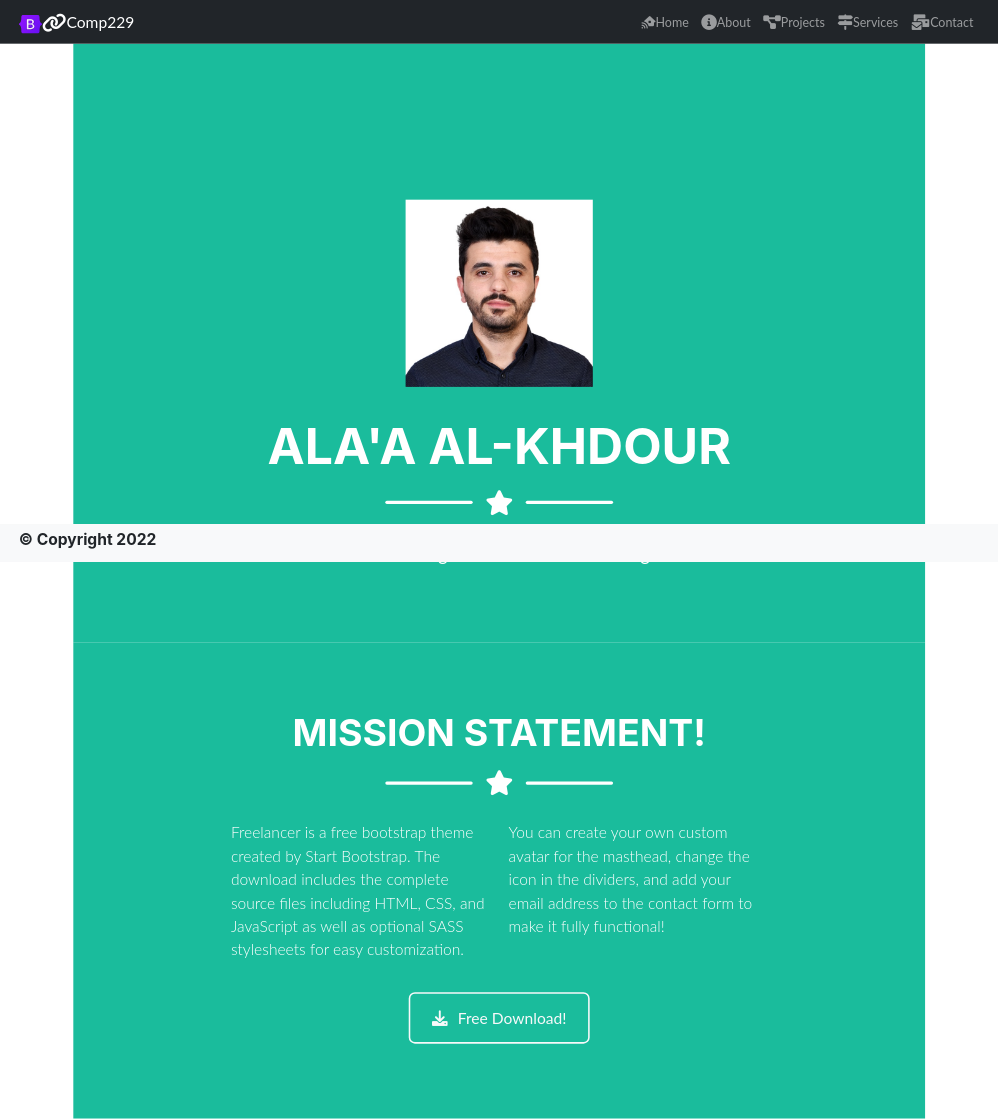
Repository: alaakhdour/heroukulivesite-section1
Page: http://localhost/
The author's editor kept a copy of each file at every save. The page is drawn from the files as they stood at one save, then again after the next save.
The browser window is 1280 px wide. The pictures show the whole page, at 78% of full size.
The page is served by the project's Node server (server.js). Other server files are loaded and not shown.

Above is the page before, as saved 2022-06-17 08:10:18.

### Server/Views/index.ejs

<!DOCTYPE html>
<html lang="en">
<head>
    <meta charset="UTF-8">
    <meta http-equiv="X-UA-Compatible" content="IE=edge">
    <meta name="viewport" content="width=device-width, initial-scale=1.0">
    <title><%= title %></title>
    <!-- CSS Section -->
    <link rel="stylesheet" href="./bootstrap/dist/css/bootstrap.min.css">
    <link rel="stylesheet" href="./@fortawsome/fontawesome-free/css/all.min.css">
    <link rel="stylesheet" href="./Content/app.css">
    <link rel="stylesheet" href="./Content/styles.css">
</head>
<body>
    <!-- Main Navigation Section -->
    <header>
        <%- include('./components/header.ejs'); %>
    </header>

    <!-- Content Section-->
    <main>
        <%- include('content/' + page + '.ejs'); %>

    </main>

    <!-- Site-wide footer-->
    <footer>
        <%- include('components/footer.ejs'); %>
    </footer>

    <!-- JavaScript Section -->
    <script src="./jquery/dist/jquery.min.js"></script>
    <script src="./bootstrap/dist/js/bootstrap.min.js"></script>
    <script src="./@fortawesome/fontawesome-free/js/all.min.js"></script>
    <script src="./Scripts/app.js"></script>
</body>
</html>

### Server/Views/components/header.ejs
<nav class="navbar navbar-expand-lg navbar-dark bg-dark">
    <div class="container-fluid">
      <a class="navbar-brand" href="/"> <img src="./Assets/images/bootstrap-logo.svg" alt="" width="30" height="24"><i class="fa-solid fa-link fa-lg"></i>Comp229</a>
      <button class="navbar-toggler" type="button" data-bs-toggle="collapse" data-bs-target="#navbarSupportedContent" aria-controls="navbarSupportedContent" aria-expanded="false" aria-label="Toggle navigation">
        <span class="navbar-toggler-icon"></span>
      </button>
      <div class="collapse navbar-collapse" id="navbarSupportedContent">
        <ul class="navbar-nav ms-auto mb-2 mb-lg-0">
          <li class="nav-item">
            <a class="nav-link" aria-current="page" href="/home"><i class="fa-solid fa-house-signal"></i>Home</a>
          </li>

          <li class="nav-item">
            <a class="nav-link" aria-current="page" href="/about"><i class="fa-solid fa-circle-info fa-lg"></i>About</a>
          </li>

          <li class="nav-item">
            <a class="nav-link" aria-current="page" href="/projects"><i class="fa-solid fa-diagram-project fa-lg"></i>Projects</a>
          </li>

          <li class="nav-item">
            <a class="nav-link" aria-current="page" href="/services"><i class="fa-solid fa-signs-post fa-lg"></i>Services</a>
          </li>

          <li class="nav-item">
            <a class="nav-link" aria-current="page" href="/contact"><i class="fa-solid fa-envelopes-bulk fa-lg"></i>Contact </a>
          </li>


        </ul>
      </div>
    </div>
  </nav>

### Server/Views/content/home.ejs
<div class="container">
    <header class="masthead bg-primary text-white text-center">
        <div class="container d-flex align-items-center flex-column">
            <!-- Masthead Avatar Image-->
            <img class="masthead-avatar mb-5" src="./Assets/images/Alaa.jpg" alt="..." />
            <!-- Masthead Heading-->
            <h1 class="masthead-heading text-uppercase mb-0">Ala'a Al-khdour</h1>
            <!-- Icon Divider-->
            <div class="divider-custom divider-light">
                <div class="divider-custom-line"></div>
                <div class="divider-custom-icon"><i class="fas fa-star"></i></div>
                <div class="divider-custom-line"></div>
            </div>
            <!-- Masthead Subheading-->
            <p class="masthead-subheading font-weight-light mb-0">Software Engineer - Centennial  College</p>
        </div>
    </header>



    <section class="page-section bg-primary text-white mb-0" id="about">
        <div class="container">
            <!-- About Section Heading-->
            <h2 class="page-section-heading text-center text-uppercase text-white">Mission Statement!</h2>
            <!-- Icon Divider-->
            <div class="divider-custom divider-light">
                <div class="divider-custom-line"></div>
                <div class="divider-custom-icon"><i class="fas fa-star"></i></div>
                <div class="divider-custom-line"></div>
            </div>
            <!-- About Section Content-->
            <div class="row">
                <div class="col-lg-4 ms-auto"><p class="lead">Freelancer is a free bootstrap theme created by Start Bootstrap. The download includes the complete source files including HTML, CSS, and JavaScript as well as optional SASS stylesheets for easy customization.</p></div>
                <div class="col-lg-4 me-auto"><p class="lead">You can create your own custom avatar for the masthead, change the icon in the dividers, and add your email address to the contact form to make it fully functional!</p></div>
            </div>
            <!-- About Section Button-->
            <div class="text-center mt-4">
                <a class="btn btn-xl btn-outline-light" href="https://startbootstrap.com/theme/freelancer/">
                    <i class="fas fa-download me-2"></i>
                    Free Download!
                </a>
            </div>
        </div>
    </section>
</div>

### Server/Views/components/footer.ejs
<nav class="navbar fixed-bottom bg-light">
    <div class="container-fluid">
      <h5 id="copyright">&copy; Copyright 2022</h5>
    </div>
  </nav>

### server.js
"use strict";
var __importDefault = (this && this.__importDefault) || function (mod) {
    return (mod && mod.__esModule) ? mod : { "default": mod };
};
Object.defineProperty(exports, "__esModule", { value: true });
const app_1 = __importDefault(require("./Server/Config/app"));
const debug_1 = __importDefault(require("debug"));
(0, debug_1.default)('week4:server');
const http_1 = __importDefault(require("http"));
const port = normalizePort(process.env.PORT || '3000');
app_1.default.set('port', port);
const server = http_1.default.createServer(app_1.default);
server.listen(port);
server.on('error', onError);
server.on('listening', onListening);
function normalizePort(val) {
    let port = parseInt(val, 10);
    if (isNaN(port)) {
        return val;
    }
    if (port >= 0) {
        return port;
    }
    return false;
}
function onError(error) {
    if (error.syscall !== 'listen') {
        throw error;
    }
    let bind = typeof port === 'string'
        ? 'Pipe ' + port
        : 'Port ' + port;
    switch (error.code) {
        case 'EACCES':
            console.error(bind + ' requires elevated privileges');
            process.exit(1);
            break;
        case 'EADDRINUSE':
            console.error(bind + ' is already in use');
            process.exit(1);
            break;
        default:
            throw error;
    }
}
function onListening() {
    let addr = server.address();
    let bind = 'pipe ' + addr;
    (0, debug_1.default)('Listening on ' + bind);
}
//# sourceMappingURL=server.js.map

### Server/Routes/index.js
"use strict";
var __importDefault = (this && this.__importDefault) || function (mod) {
    return (mod && mod.__esModule) ? mod : { "default": mod };
};
Object.defineProperty(exports, "__esModule", { value: true });
const express_1 = __importDefault(require("express"));
const router = express_1.default.Router();
router.get('/', function (req, res, next) {
    res.render('index', { title: 'Home', page: 'home' });
});
router.get('/home', function (req, res, next) {
    res.render('index', { title: 'Home', page: 'home' });
});
router.get('/about', function (req, res, next) {
    res.render('index', { title: 'About Us', page: 'about' });
});
router.get('/projects', function (req, res, next) {
    res.render('index', { title: 'My Projects', page: 'projects' });
});
router.get('/services', function (req, res, next) {
    res.render('index', { title: 'My services', page: 'services' });
});
router.get('/contact', function (req, res, next) {
    res.render('index', { title: 'contact us', page: 'contact' });
});
exports.default = router;
//# sourceMappingURL=index.js.map

### Client/Assets/images/bootstrap-logo.svg
<svg xmlns="http://www.w3.org/2000/svg" width="512" height="408"><defs><linearGradient id="bs-logo-a" x1="76.079" x2="523.48" y1="10.798" y2="365.945" gradientUnits="userSpaceOnUse"><stop stop-color="#9013fe"/><stop offset="1" stop-color="#6610f2"/></linearGradient><linearGradient id="bs-logo-b" x1="193.508" x2="293.514" y1="109.74" y2="278.872" gradientUnits="userSpaceOnUse"><stop stop-color="#fff"/><stop offset="1" stop-color="#f1e5fc"/></linearGradient><filter xmlns="http://www.w3.org/2000/svg" id="bs-logo-c" width="197" height="249" x="161.901" y="83.457" color-interpolation-filters="sRGB" filterUnits="userSpaceOnUse"><feFlood flood-opacity="0" result="BackgroundImageFix"/><feColorMatrix in="SourceAlpha" values="0 0 0 0 0 0 0 0 0 0 0 0 0 0 0 0 0 0 127 0"/><feOffset dy="4"/><feGaussianBlur stdDeviation="8"/><feColorMatrix values="0 0 0 0 0 0 0 0 0 0 0 0 0 0 0 0 0 0 0.15 0"/><feBlend in2="BackgroundImageFix" result="effect1_dropShadow"/><feBlend in="SourceGraphic" in2="effect1_dropShadow" result="shape"/></filter></defs><path fill="url(#bs-logo-a)" d="M56.481 53.32C55.515 25.58 77.128 0 106.342 0h299.353c29.214 0 50.827 25.58 49.861 53.32-.928 26.647.277 61.165 8.964 89.31 8.715 28.232 23.411 46.077 47.48 48.37v26c-24.069 2.293-38.765 20.138-47.48 48.37-8.687 28.145-9.892 62.663-8.964 89.311.966 27.739-20.647 53.319-49.861 53.319H106.342c-29.214 0-50.827-25.58-49.86-53.319.927-26.648-.278-61.166-8.966-89.311C38.802 237.138 24.07 219.293 0 217v-26c24.069-2.293 38.802-20.138 47.516-48.37 8.688-28.145 9.893-62.663 8.965-89.31z"/><path fill="url(#bs-logo-b)" filter="url(#bs-logo-c)" stroke="#fff" d="M267.103 312.457c47.297 0 75.798-23.158 75.798-61.355 0-28.873-20.336-49.776-50.532-53.085v-1.203c22.185-3.609 39.594-24.211 39.594-47.219 0-32.783-25.882-54.138-65.322-54.138h-88.74v217h89.202zm-54.692-189.48h45.911c24.958 0 39.131 11.128 39.131 31.279 0 21.505-16.484 33.535-46.372 33.535h-38.67v-64.814zm0 161.961v-71.431h45.602c32.661 0 49.608 12.03 49.608 35.49 0 23.459-16.484 35.941-47.605 35.941h-47.605z"/></svg>

### Client/data/data.json
{
    "FullName": "AlaaAlkhdour",
    "ContactNumber": "999999999999",
    "EmailAddress": "ala@example.com"
}

### content/app.css
h1
{
    font-size: 70px;
    font-family: Verdana, Geneva, Tahoma, sans-serif;
}

### scripts/app.js
//IIFE
(function()
{

    function Start()
    {
        console.log("App Started!");

        // use AJAX to read JSON file

        // Step 1: Create a new XHR object
        let XHR = new XMLHttpRequest();

        // Step 2: Create the request
        XHR.open("GET", "../data/data.json");

        // Step 3: Send the request
        XHR.send();

        // Step 4: create an event listener/handler
        XHR.addEventListener("readystatechange", function()
        {
            if(XHR.readyState == 4 && XHR.status == 200)
            {
                console.log("JSON Data:");
                console.log("===========");
                console.log(XHR.responseText);
            }
        });
    }

    window.addEventListener("load", Start);

})();

Loaded but not shown: Client/content/styles.css (library)

After the next save:
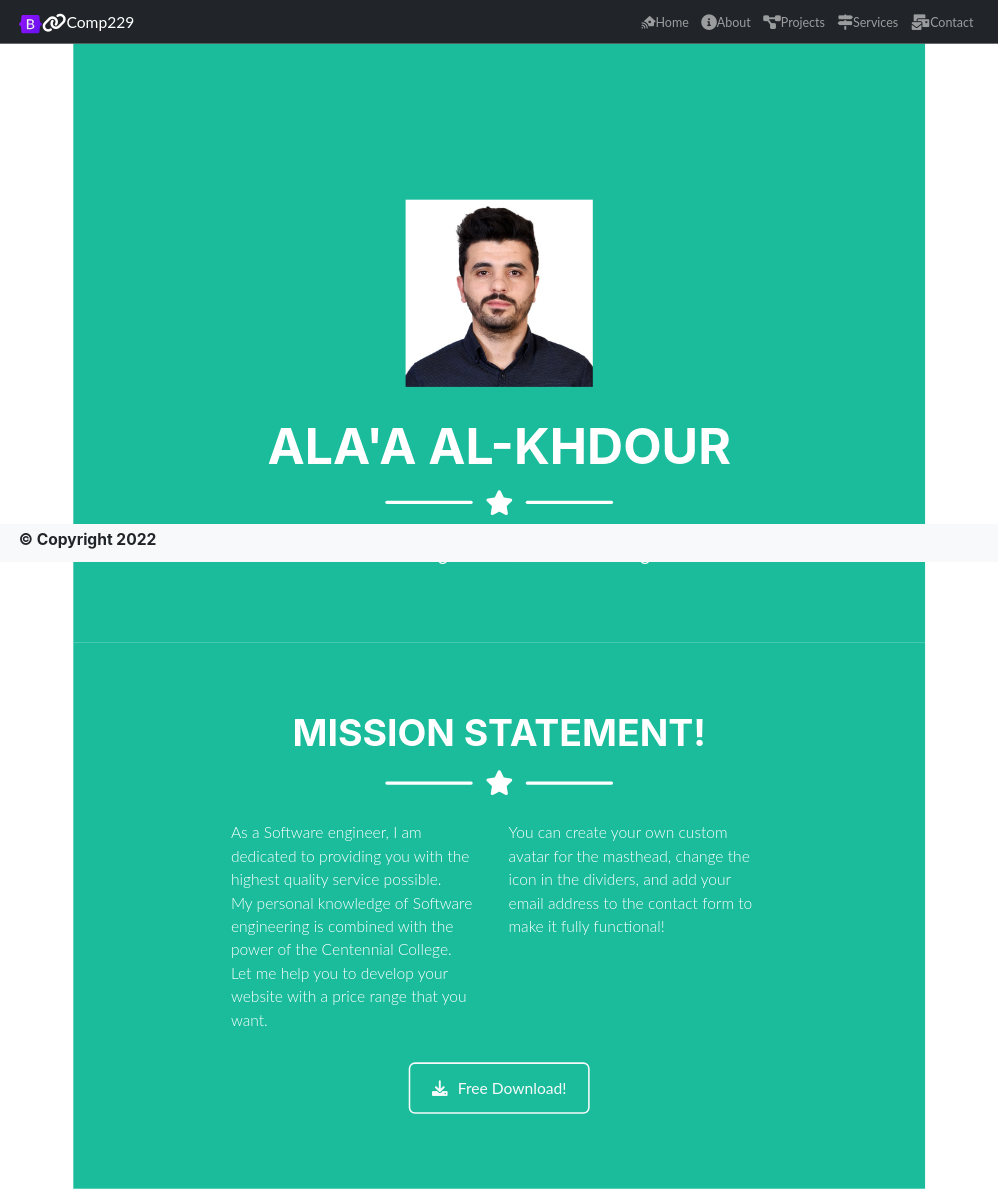
Saved 30 s later.
--- a/Server/Views/content/home.ejs
+++ b/Server/Views/content/home.ejs
@@ -30,7 +30,8 @@
             </div>
             <!-- About Section Content-->
             <div class="row">
-                <div class="col-lg-4 ms-auto"><p class="lead">Freelancer is a free bootstrap theme created by Start Bootstrap. The download includes the complete source files including HTML, CSS, and JavaScript as well as optional SASS stylesheets for easy customization.</p></div>
+                <div class="col-lg-4 ms-auto"><p class="lead">As a Software engineer, I am dedicated to providing you with the highest quality service possible.<br> My personal knowledge of Software engineering is combined with the power of the Centennial College.<br>
+                    Let me help you to develop your website with a price range that you want.</p></div>
                 <div class="col-lg-4 me-auto"><p class="lead">You can create your own custom avatar for the masthead, change the icon in the dividers, and add your email address to the contact form to make it fully functional!</p></div>
             </div>
             <!-- About Section Button-->
